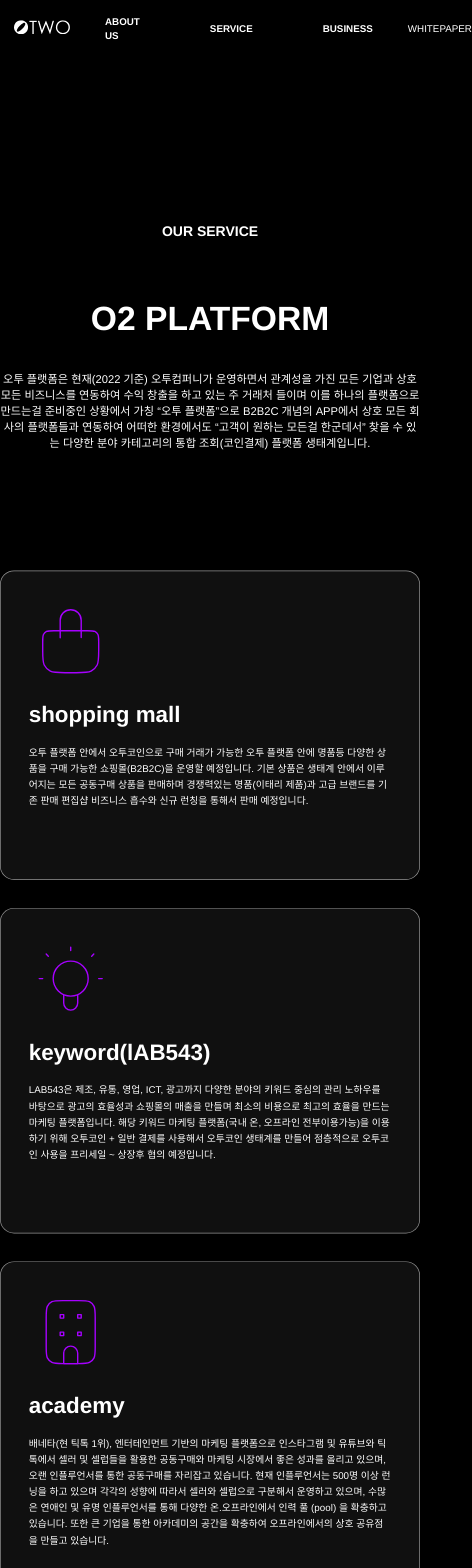
Repository: songhun115/Otwo
Page: service.html
The author's editor kept a copy of each file at every save. The page is drawn from the files as they stood at one save, then again after the next save.
The browser window is 600 px wide. The page is 674 px wide, so the pictures cover 674 px, including what lies to the right of the window. The pictures show the part of the page from y = 0 to 2240 px (the page is 7366 px tall before and 7458 px after), at 70% of full size.

Above is the page before, as saved 2022-11-18 11:44:52.
Not found: js/three.js

After the next save:
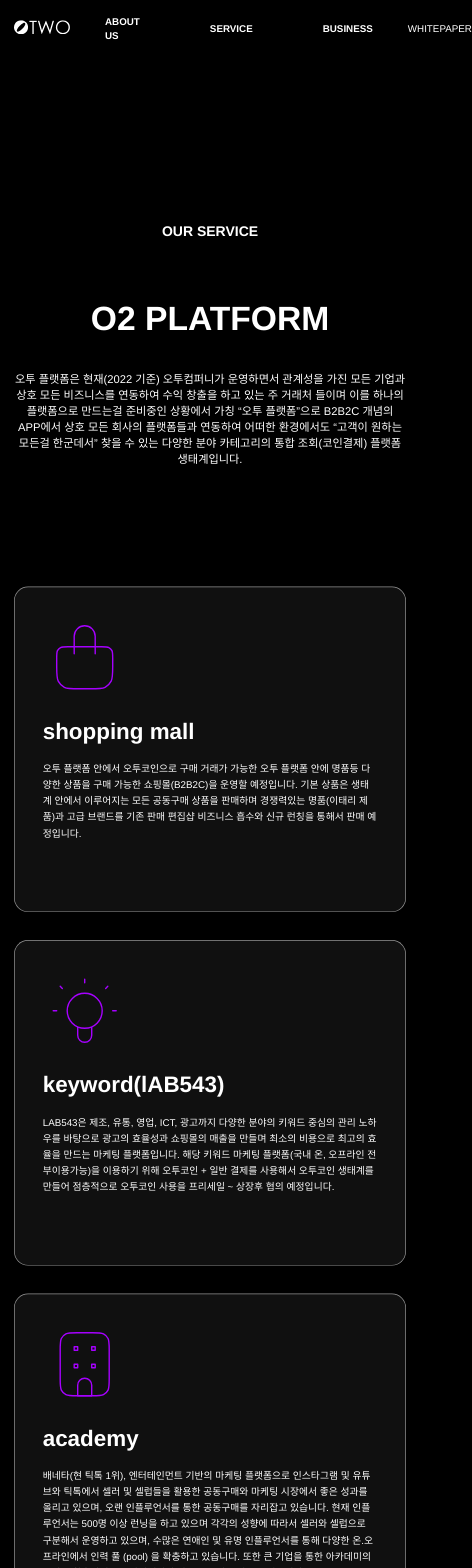
Saved 20 s later.
--- a/css/content.css
+++ b/css/content.css
@@ -92,6 +92,7 @@
 
 
   @media(max-width:765px){
+    section{padding:0 20px}
     .canvas{width: 100% !important;}
     /*!서비스  */
     .platform-list{ grid-template-columns: repeat(1,1fr);gap: 40px}
